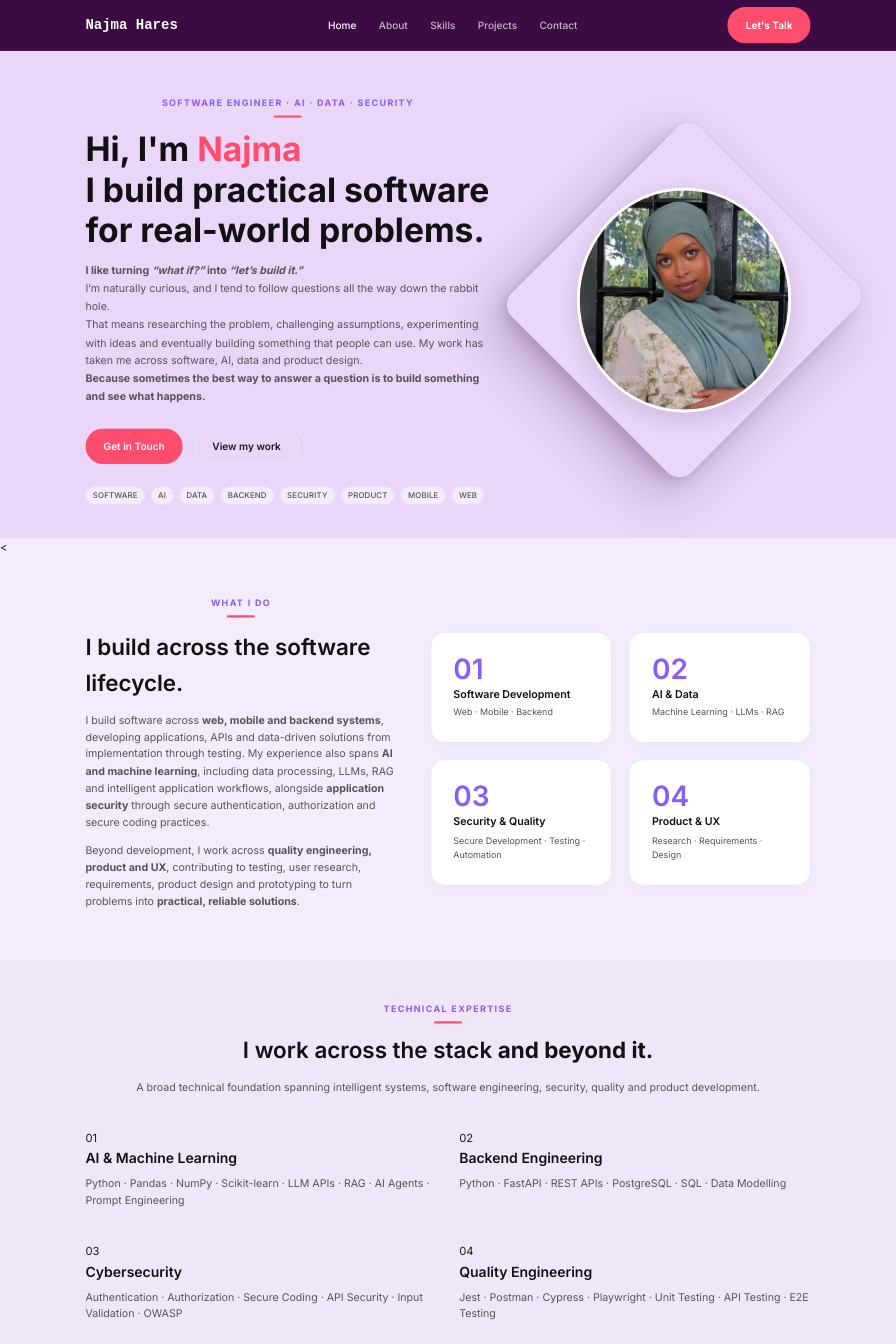
Repository: najmahares/portfolio
Page: index.html
An editor plug-in stored every save of this project. The page is shown before and after the next save, followed by the edit.
The browser window is 1280 px wide. The pictures show the part of the page from y = 0 to 1920 px (the page is 3761 px tall), at 70% of full size.

Above is the page before, as saved 2026-09-19 08:43:54.

### index.html
<!doctype html>
<html lang="en">
  <head>
    <meta charset="UTF-8" />
    <meta name="viewport" content="width=device-width, initial-scale=1.0" />
    <title>Najma Hares | Software Engineer</title>
    <link rel="preconnect" href="https://fonts.googleapis.com" />
    <link rel="preconnect" href="https://fonts.gstatic.com" crossorigin />
    <link
      href="https://fonts.googleapis.com/css2?family=Inter:wght@300;400;500;600;700&display=swap"
      rel="stylesheet"
    />
    <link rel="stylesheet" href="css/style.css" />
  </head>
  <body>
    <!-- Navbar -->
    <nav class="navbar">
      <div class="container nav-container">
        <a href="index.html" class="logo">Najma Hares</a>
        <div class="nav-links">
          <a href="index.html" class="active">Home</a>
          <a href="#about">About</a>
          <a href="#skills">Skills</a>
          <a href="#projects">Projects</a>
          <a href="#contact">Contact</a>
        </div>
        <a href="mailto:haresnajma@gmail.com" class="btn btn-primary magnetic"
          >Let's Talk</a
        >
      </div>
    </nav>

    <!-- Hero Section -->
    <section class="hero">
      <div class="container hero-grid">
        <div class="hero-content">
          <span class="badge reveal"
            >SOFTWARE ENGINEER · AI · DATA · SECURITY</span
          >
          <h1 class="reveal">
            Hi, I'm <span class="text-accent">Najma</span><br />I build
            practical software for real-world problems.
          </h1>
          <p class="hero-desc reveal">
            <strong
              >I like turning <i>“what if?”</i> into <i>“let’s build it.”</i>
            </strong>
            <br />
            I’m naturally curious, and I tend to follow questions all the way
            down the rabbit hole. <br />
            That means researching the problem, challenging assumptions,
            experimenting with ideas and eventually building something that
            people can use. My work has taken me across software, AI, data and
            product design.
            <br />
            <strong
              >Because sometimes the best way to answer a question is to build
              something and see what happens.</strong
            >
          </p>
          <div class="hero-buttons reveal">
            <a href="#contact" class="btn btn-primary magnetic">Get in Touch</a>
            <a href="#projects" class="btn btn-outline magnetic"
              >View my work</a
            >
          </div>
          <div class="tech-stack reveal">
            <span class="badge-sm">Software</span>
            <span class="badge-sm">AI</span>
            <span class="badge-sm">Data</span>
            <span class="badge-sm">Backend</span>
            <span class="badge-sm">Security</span>
            <span class="badge-sm">Product</span>
            <span class="badge-sm">Mobile</span>
            <span class="badge-sm">Web</span>
          </div>
        </div>

        <!-- Hero Image Wrapper -->
        <div class="hero-image-wrapper reveal">
          <div class="avatar-graphic tilt-card" data-rotate="45">
            <img
              src="assets/portfolio_image.jpg"
              alt="Najma Hares"
              class="hero-img"
            />
          </div>
        </div>
      </div>
    </section>

    <!-- About & Stats -->
    <
    <section id="about" class="section">
      <div class="container about-grid">
        <div class="about-text reveal">
          <span class="badge">WHAT I DO</span>
          <h2>I build across the software lifecycle.</h2>

          <p>
            I build software across
            <strong>web, mobile and backend systems</strong>, developing
            applications, APIs and data-driven solutions from implementation
            through testing. My experience also spans
            <strong>AI and machine learning</strong>, including data processing,
            LLMs, RAG and intelligent application workflows, alongside
            <strong>application security</strong> through secure authentication,
            authorization and secure coding practices.
          </p>

          <p>
            Beyond development, I work across
            <strong>quality engineering, product and UX</strong>, contributing
            to testing, user research, requirements, product design and
            prototyping to turn problems into
            <strong>practical, reliable solutions</strong>.
          </p>
        </div>

        <div class="stats-grid">
          <div class="card stat-card reveal tilt-card">
            <h3>01</h3>
            <p>Software Development</p>
            <span class="stat-sub">Web · Mobile · Backend</span>
          </div>

          <div class="card stat-card reveal tilt-card">
            <h3>02</h3>
            <p>AI &amp; Data</p>
            <span class="stat-sub">Machine Learning · LLMs · RAG</span>
          </div>

          <div class="card stat-card reveal tilt-card">
            <h3>03</h3>
            <p>Security &amp; Quality</p>
            <span class="stat-sub"
              >Secure Development · Testing · Automation</span
            >
          </div>

          <div class="card stat-card reveal tilt-card">
            <h3>04</h3>
            <p>Product &amp; UX</p>
            <span class="stat-sub">Research · Requirements · Design</span>
          </div>
        </div>
      </div>
    </section>
    <!-- Skills -->
    <section id="skills" class="section bg-alt">
      <div class="container">
        <div class="section-header reveal">
          <span class="section-tag">TECHNICAL EXPERTISE</span>
          <h2>I work across the stack <strong>and beyond it.</strong></h2>
          <p>
            A broad technical foundation spanning intelligent systems, software
            engineering, security, quality and product development.
          </p>
        </div>

        <div class="skills-grid">
          <div class="skill-item reveal">
            <span class="skill-number">01</span>
            <div class="skill-content">
              <h3>AI &amp; Machine Learning</h3>
              <p>
                Python · Pandas · NumPy · Scikit-learn · LLM APIs · RAG · AI
                Agents · Prompt Engineering
              </p>
            </div>
          </div>

          <div class="skill-item reveal">
            <span class="skill-number">02</span>
            <div class="skill-content">
              <h3>Backend Engineering</h3>
              <p>
                Python · FastAPI · REST APIs · PostgreSQL · SQL · Data Modelling
              </p>
            </div>
          </div>

          <div class="skill-item reveal">
            <span class="skill-number">03</span>
            <div class="skill-content">
              <h3>Cybersecurity</h3>
              <p>
                Authentication · Authorization · Secure Coding · API Security ·
                Input Validation · OWASP
              </p>
            </div>
          </div>

          <div class="skill-item reveal">
            <span class="skill-number">04</span>
            <div class="skill-content">
              <h3>Quality Engineering</h3>
              <p>
                Jest · Postman · Cypress · Playwright · Unit Testing · API
                Testing · E2E Testing
              </p>
            </div>
          </div>

          <div class="skill-item reveal">
            <span class="skill-number">05</span>
            <div class="skill-content">
              <h3>Web Development</h3>
              <p>React · Next.js · TypeScript · HTML · CSS</p>
            </div>
          </div>

          <div class="skill-item reveal">
            <span class="skill-number">06</span>
            <div class="skill-content">
              <h3>Mobile Development</h3>
              <p>Flutter · Dart · State Management · API Integration</p>
            </div>
          </div>

          <div class="skill-item reveal">
            <span class="skill-number">07</span>
            <div class="skill-content">
              <h3>Product &amp; UX</h3>
              <p>
                Figma · UX Research · User Stories · Product Requirements ·
                Prototyping · Jira
              </p>
            </div>
          </div>

          <div class="skill-item reveal">
            <span class="skill-number">08</span>
            <div class="skill-content">
              <h3>IoT &amp; Connected Systems</h3>
              <p>Embedded Systems · Sensors · ESP32 · IoT Connectivity</p>
            </div>
          </div>
        </div>
      </div>
    </section>
    <!-- Recent Work -->
    <section id="projects" class="section">
      <div class="container">
        <div class="section-header reveal">
          <span class="section-tag">FEATURED PROJECT</span>
          <h2>Some of My Recent Work</h2>
          <p>A selection of projects I've built recently.</p>
        </div>
        <div class="projects-grid">
          <a href="project.html" class="card project-card reveal tilt-card">
            <div class="project-img placeholder-1"></div>
            <div class="project-info">
              <span class="section-tag-sm">FEATURED PROJECT</span>
              <h3>Auditerra</h3>
              <p class="project-subtitle">
                Land Restoration Monitoring Platform
              </p>
              <p class="project-desc">
                A two-interface platform connecting field experts with
                smallholder farmers.
              </p>
              <div class="project-tags">
                <span class="badge-sm">React</span>
                <span class="badge-sm">Flutter</span>
                <span class="badge-sm">Gemini</span>
              </div>
            </div>
          </a>
          <a href="project.html" class="card project-card reveal tilt-card">
            <div class="project-img placeholder-2"></div>
            <div class="project-info">
              <span class="badge-sm">SOCIAL IMPACT PROJECT</span>
              <h3>Bloombox Kits</h3>
              <p class="project-subtitle">Portable Beauty-Kit Venture</p>
              <p class="project-desc">
                A portable beauty-kit venture supporting girls' education.
              </p>
              <div class="project-tags">
                <span class="badge-sm">Entrepreneurship</span>
                <span class="badge-sm">Social Impact</span>
              </div>
            </div>
          </a>
          <a href="project.html" class="card project-card reveal tilt-card">
            <div class="project-img placeholder-3"></div>
            <div class="project-info">
              <span class="badge-sm">DATA & MACHINE LEARNING</span>
              <h3>Machine Learning Project</h3>
              <p class="project-subtitle">[Actual Project Name]</p>
              <p class="project-desc">
                A machine-learning project focused on solving real-world data
                problems.
              </p>
              <div class="project-tags">
                <span class="badge-sm">Python</span>
                <span class="badge-sm">ML</span>
              </div>
            </div>
          </a>
        </div>
      </div>
    </section>

    <!-- Footer -->
    <footer id="contact" class="footer">
      <div class="container footer-grid">
        <div class="footer-cta reveal">
          <span class="badge">LET'S WORK TOGETHER</span>
          <h2>Have an idea worth building?</h2>
          <p>
            I'm always interested in learning, building and working on problems
            where technology can create meaningful value.
          </p>
          <a href="mailto:haresnajma@gmail.com" class="btn btn-primary magnetic"
            >Let's Talk</a
          >
        </div>
        <div class="footer-info reveal">
          <div class="card personal-card">
            <span class="badge-sm">CURRENTLY</span>
            <h3>Building & learning</h3>
            <p><strong>Najma Hares</strong><br />Software Engineer</p>
            <div class="personal-focus">
              <span>Software Engineering</span>
              <span>AI & Data</span>
              <span>Product Development</span>
            </div>
          </div>
          <div class="social-links">
            <h4>Follow Me</h4>
            <a href="#">GitHub</a>
            <a href="#">LinkedIn</a>
            <a href="mailto:haresnajma@gmail.com">haresnajma@gmail.com</a>
          </div>
        </div>
      </div>
      <div class="container footer-bottom">
        <p>&copy; 2026 Najma Hares Muhumed. All rights reserved.</p>
        <p>Made with ❤️ by Najma</p>
      </div>
    </footer>

    <script src="js/main.js"></script>
  </body>
</html>

### css/style.css
:root {
  --bg-nav: #3d0b43;
  --bg-hero: #e9d6f9;
  --bg-body: #f4ebfc;
  --bg-card: #ffffff;

  --text-main: #1a1a1a;
  --text-heading: #111111;
  --text-muted: #555555;

  --accent: #ff4d6d;
  --accent-purple: #8b5cf6;
  --border: #e2e8f0;
  --border-radius: 20px;
  --font-main: "Inter", sans-serif;
}

* {
  margin: 0;
  padding: 0;
  box-sizing: border-box;
}

html {
  scroll-behavior: smooth;
}

body {
  font-family: var(--font-main);
  background-color: var(--bg-body);
  color: var(--text-main);
  line-height: 1.6;
  overflow-x: hidden;
}

a {
  text-decoration: none;
  color: inherit;
  transition: color 0.3s;
}
ul {
  list-style: none;
}

.container {
  max-width: 1100px;
  margin: 0 auto;
  padding: 0 2rem;
}
.section {
  padding: 5rem 0;
}
.bg-alt {
  background-color: #f0e6fa;
}
.text-accent {
  color: var(--accent);
}

h1 {
  font-size: clamp(2rem, 4vw, 3rem);
  line-height: 1.2;
  font-weight: 700;
  margin-bottom: 1rem;
  color: var(--text-heading);
}
h2 {
  font-size: 2rem;
  font-weight: 600;
  margin-bottom: 1rem;
  color: var(--text-heading);
}
h3 {
  font-size: 1.25rem;
  font-weight: 600;
  margin-bottom: 0.5rem;
  color: var(--text-heading);
}
p {
  color: var(--text-muted);
  margin-bottom: 1rem;
  font-size: 0.95rem;
}

.btn {
  display: inline-block;
  padding: 0.75rem 1.5rem;
  border-radius: 50px;
  font-weight: 600;
  font-size: 0.9rem;
  cursor: pointer;
  transition: all 0.3s ease;
  border: 2px solid transparent;
}
.btn-primary {
  background-color: var(--accent);
  color: #ffffff;
}
.btn-primary:hover {
  background-color: #e63956;
  transform: translateY(-2px);
  box-shadow: 0 4px 15px rgba(255, 77, 109, 0.4);
}
.btn-outline {
  background-color: transparent;
  border-color: var(--border);
  color: var(--text-main);
}
.btn-outline:hover {
  border-color: var(--accent-purple);
  color: var(--accent-purple);
  transform: translateY(-2px);
}
.badge {
  display: inline-block;
  padding: 0.25rem 0.75rem;
  background-color: rgba(139, 92, 246, 0.1);
  color: var(--accent-purple);
  border-radius: 50px;
  font-size: 0.75rem;
  font-weight: 600;
  margin-bottom: 1rem;
  border: 1px solid rgba(139, 92, 246, 0.2);
  text-transform: uppercase;
  letter-spacing: 0.05em;
}
.badge-sm {
  display: inline-block;
  padding: 0.2rem 0.6rem;
  background-color: var(--bg-body);
  border: 1px solid var(--border);
  border-radius: 50px;
  font-size: 0.7rem;
  font-weight: 500;
  color: var(--text-muted);
  text-transform: uppercase;
  letter-spacing: 0.02em;
}
.link-arrow {
  color: var(--accent);
  font-weight: 600;
  font-size: 0.9rem;
  display: inline-flex;
  align-items: center;
  gap: 0.25rem;
}
.link-arrow:hover {
  gap: 0.5rem;
  color: #e63956;
}

.navbar {
  position: sticky;
  top: 0;
  background-color: var(--bg-nav);
  z-index: 100;
  border-bottom: 1px solid rgba(255, 255, 255, 0.1);
}
.nav-container {
  display: flex;
  justify-content: space-between;
  align-items: center;
  height: 72px;
}
.logo {
  font-size: 1.25rem;
  font-weight: 700;
  color: #ffffff;
  font-family: monospace;
}
.nav-links {
  display: flex;
  gap: 2rem;
}
.nav-links a {
  font-size: 0.9rem;
  font-weight: 500;
  color: rgba(255, 255, 255, 0.7);
}
.nav-links a:hover,
.nav-links a.active {
  color: #ffffff;
}

.hero {
  padding: 5rem 0 4rem;
  background-color: var(--bg-hero);
  position: relative;
  overflow: hidden;
}

.hero-grid {
  display: grid;
  grid-template-columns: 1.6fr 1fr;
  gap: 6rem;
  align-items: center;
}

.hero-desc {
  font-size: 0.95rem;
  max-width: 100%;
  margin-bottom: 2rem;
  line-height: 1.7;
}

.hero-buttons {
  display: flex;
  gap: 1rem;
  margin-bottom: 2rem;
}

.tech-stack {
  display: flex;
  flex-wrap: wrap;
  gap: 0.5rem;
}

.hero-image-wrapper {
  display: flex;
  justify-content: center;
  align-items: center;
  position: relative;
  min-height: 550px;
}

.avatar-graphic {
  width: 100%;
  max-width: 380px;
  height: 380px;
  border-radius: 24px;
  display: flex;
  align-items: center;
  justify-content: center;
  position: relative;
  z-index: 10;
  background-color: var(--bg-hero);
  box-shadow: 0 25px 50px rgba(61, 11, 67, 0.1);
  overflow: hidden;
  transition:
    transform 0.5s ease,
    box-shadow 0.5s ease;
  transform: rotate(45deg);
  border: 1px solid rgba(255, 255, 255, 0.5);
}

.avatar-graphic:hover {
  box-shadow: 0 30px 60px rgba(61, 11, 67, 0.15);
}

.hero-img {
  width: 85%;
  height: 85%;
  object-fit: cover;
  object-position: center top;
  border-radius: 50%;
  border: 4px solid #ffffff;
  box-shadow: 0 10px 30px rgba(61, 11, 67, 0.15);
  display: block;
  transform: rotate(-45deg);
}

.about-grid {
  display: grid;
  grid-template-columns: 1fr 1fr;
  gap: 4rem;
  align-items: center;
}
.stats-grid {
  display: grid;
  grid-template-columns: 1fr 1fr;
  gap: 1.5rem;
}
.card {
  background-color: var(--bg-card);
  border: 1px solid var(--border);
  border-radius: var(--border-radius);
  padding: 1.5rem;
  box-shadow: 0 4px 15px rgba(0, 0, 0, 0.03);
  transition:
    transform 0.3s ease,
    box-shadow 0.3s ease;
}
.card:hover {
  transform: translateY(-3px);
  box-shadow: 0 8px 25px rgba(0, 0, 0, 0.06);
}
.stat-card h3 {
  font-size: 2.5rem;
  color: var(--accent-purple);
  margin-bottom: 0.25rem;
  line-height: 1;
}
.stat-card p {
  font-size: 0.95rem;
  font-weight: 600;
  color: var(--text-heading);
  margin-bottom: 0.25rem;
}
.stat-sub {
  font-size: 0.8rem;
  color: var(--text-muted);
  display: block;
}

.section-header {
  text-align: center;
  margin-bottom: 3rem;
}
.skills-grid {
  display: grid;
  grid-template-columns: 1fr 1fr;
  gap: 2rem;
}
.skill-info {
  display: flex;
  justify-content: space-between;
  margin-bottom: 0.5rem;
  font-size: 0.9rem;
  font-weight: 500;
  color: var(--text-heading);
}
.skill-info span:last-child {
  color: var(--text-muted);
  font-size: 0.8rem;
}
.progress-bar {
  height: 8px;
  background-color: rgba(139, 92, 246, 0.1);
  border-radius: 4px;
  overflow: hidden;
}
.progress {
  height: 100%;
  background: linear-gradient(90deg, var(--accent-purple), var(--accent));
  border-radius: 4px;
}

.projects-grid {
  display: grid;
  grid-template-columns: repeat(auto-fit, minmax(300px, 1fr));
  gap: 2rem;
}
.project-card {
  padding: 0;
  overflow: hidden;
  display: flex;
  flex-direction: column;
  cursor: pointer;
}
.project-img {
  height: 180px;
  border-bottom: 1px solid var(--border);
}
.placeholder-1 {
  background: linear-gradient(45deg, #a18cd1, #fbc2eb);
}
.placeholder-2 {
  background: linear-gradient(45deg, #ff9a9e, #fecfef);
}
.placeholder-3 {
  background: linear-gradient(45deg, #4facfe, #00f2fe);
}
.project-info {
  padding: 1.5rem;
  display: flex;
  flex-direction: column;
  flex-grow: 1;
}
.project-subtitle {
  font-size: 0.8rem;
  font-weight: 600;
  color: var(--accent);
  margin-bottom: 0.5rem;
  text-transform: uppercase;
  letter-spacing: 0.05em;
}
.project-desc {
  font-size: 0.9rem;
  margin-bottom: 1rem;
  flex-grow: 1;
}
.project-tags {
  display: flex;
  flex-wrap: wrap;
  gap: 0.5rem;
  margin: 1rem 0;
}

.footer {
  background-color: var(--bg-nav);
  color: #ffffff;
  padding: 4rem 0 2rem;
}
.footer-grid {
  display: grid;
  grid-template-columns: 1fr 1fr;
  gap: 4rem;
  margin-bottom: 3rem;
}
.footer-cta h2 {
  color: #ffffff;
  font-size: 2rem;
}
.footer-cta p {
  color: rgba(255, 255, 255, 0.7);
  margin-bottom: 1.5rem;
}
.footer-info {
  display: flex;
  flex-direction: column;
  gap: 2rem;
}
.personal-card {
  background: rgba(255, 255, 255, 0.05);
  border: 1px solid rgba(255, 255, 255, 0.1);
}
.personal-card h3 {
  color: #ffffff;
}
.personal-card p {
  color: rgba(255, 255, 255, 0.7);
}
.personal-focus {
  display: flex;
  flex-wrap: wrap;
  gap: 0.5rem;
  margin-top: 1rem;
}
.personal-focus span {
  font-size: 0.75rem;
  background: rgba(139, 92, 246, 0.2);
  color: #d8b4fe;
  padding: 0.2rem 0.6rem;
  border-radius: 4px;
}
.social-links h4 {
  color: #ffffff;
  margin-bottom: 1rem;
}
.social-links a {
  display: block;
  color: rgba(255, 255, 255, 0.7);
  margin-bottom: 0.5rem;
  font-weight: 500;
}
.social-links a:hover {
  color: var(--accent);
}
.footer-bottom {
  display: flex;
  justify-content: space-between;
  padding-top: 2rem;
  border-top: 1px solid rgba(255, 255, 255, 0.1);
  font-size: 0.85rem;
  color: rgba(255, 255, 255, 0.5);
}

.reveal {
  opacity: 0;
  transform: translateY(30px);
  transition: all 0.8s cubic-bezier(0.5, 0, 0, 1);
}
.reveal.active {
  opacity: 1;
  transform: translateY(0);
}

@media (max-width: 992px) {
  .hero-grid,
  .about-grid,
  .footer-grid {
    grid-template-columns: 1fr;
  }
  .hero-image-wrapper {
    order: -1;
    margin-bottom: 3rem;
    min-height: auto;
  }
  .skills-grid {
    grid-template-columns: 1fr;
  }
}
@media (max-width: 768px) {
  .nav-links {
    display: none;
  }
  .hero-buttons {
    flex-direction: column;
  }
  .stats-grid {
    grid-template-columns: 1fr;
  }
  .footer-bottom {
    flex-direction: column;
    gap: 1rem;
    text-align: center;
  }
  .avatar-graphic {
    max-width: 300px;
    height: 300px;
  }
}
.avatar-graphic {
  width: 100%;
  max-width: 380px;
  height: 380px;
  border-radius: 24px;
  display: flex;
  align-items: center;
  justify-content: center;
  position: relative;
  z-index: 10;
  background-color: var(--bg-hero);

  box-shadow:
    0 35px 70px rgba(61, 11, 67, 0.25),
    0 10px 20px rgba(61, 11, 67, 0.15);

  overflow: hidden;
  transition:
    transform 0.5s ease,
    box-shadow 0.5s ease;
  transform: rotate(45deg);
}

.avatar-graphic:hover {
  box-shadow:
    0 45px 90px rgba(61, 11, 67, 0.35),
    0 15px 30px rgba(61, 11, 67, 0.2);
}

.section-tag {
  display: inline-block;
  font-size: 0.8rem;
  font-weight: 700;
  color: var(--accent-purple);
  text-transform: uppercase;
  letter-spacing: 0.15em;
  margin-bottom: 0.75rem;
  position: relative;
}

.section-tag::after {
  content: "";
  display: block;
  width: 40px;
  height: 3px;
  background-color: var(--accent);
  margin: 6px auto 0;
  border-radius: 2px;
}

.section {
  padding: 3.5rem 0;
}

.hero {
  padding: 4rem 0 3rem;
}

.about-grid {
  display: grid;
  grid-template-columns: 0.9fr 1.1fr;
  gap: 3rem;
  align-items: center;
}

.stats-grid {
  display: grid;
  grid-template-columns: 1fr 1fr;
  gap: 1.5rem;
}

.card {
  background-color: var(--bg-card);
  border: 1px solid var(--border);
  border-radius: var(--border-radius);
  padding: 2rem;
  box-shadow: 0 4px 15px rgba(0, 0, 0, 0.03);
  transition:
    transform 0.3s ease,
    box-shadow 0.3s ease;
}

.badge {
  display: block;
  text-align: center;
  background-color: transparent;
  border: none;
  padding: 0;
  font-size: 0.8rem;
  font-weight: 700;
  color: var(--accent-purple);
  text-transform: uppercase;
  letter-spacing: 0.15em;
  margin-bottom: 1rem;
}

.badge::after {
  content: "";
  display: block;
  width: 40px;
  height: 3px;
  background-color: var(--accent);
  margin: 8px auto 0;
  border-radius: 2px;
}

Loaded but not shown: js/main.js (72 lines, source omitted)

After the next save:
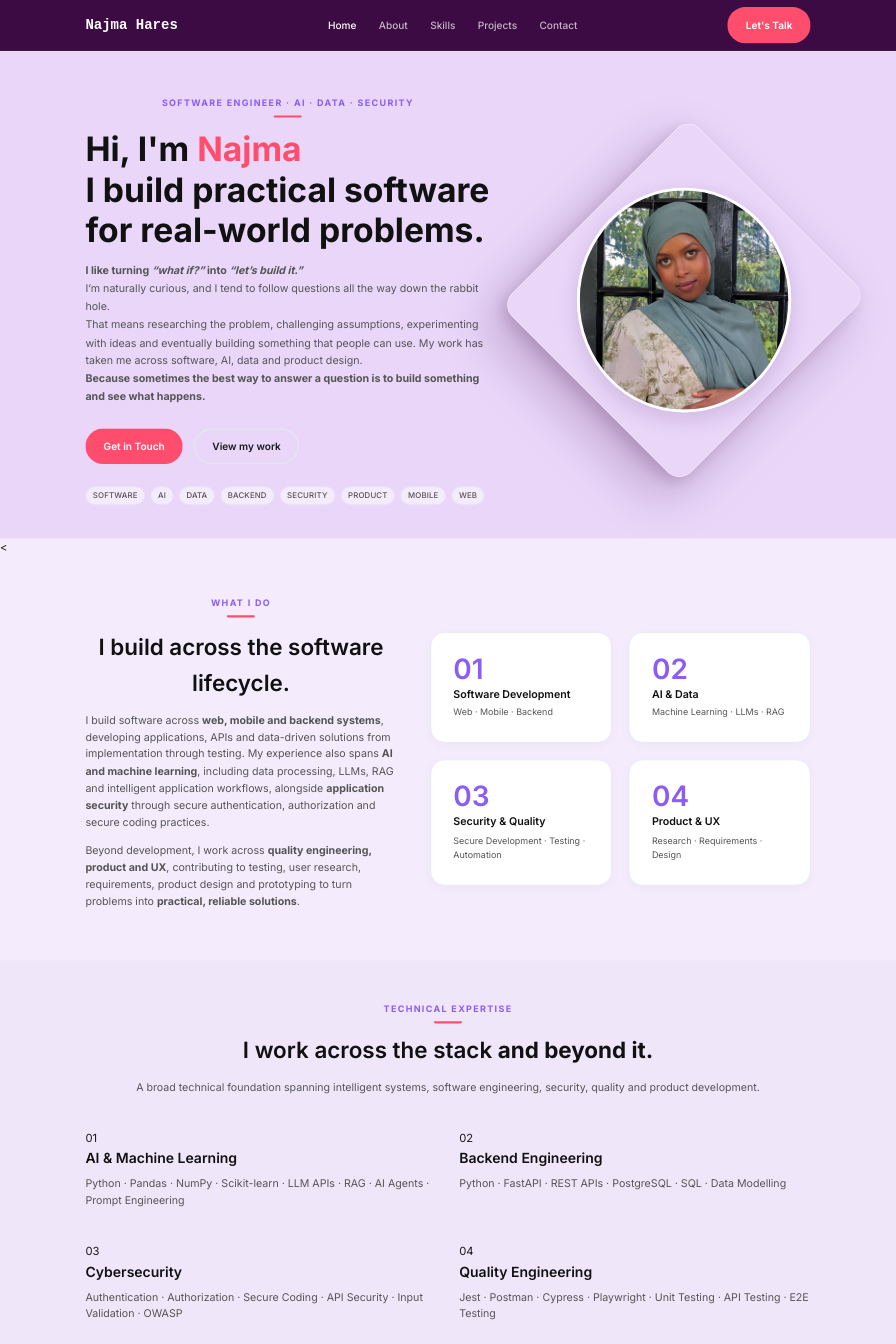
Saved 117 s later.
--- a/css/style.css
+++ b/css/style.css
@@ -605,3 +605,14 @@ p {
   margin: 8px auto 0;
   border-radius: 2px;
 }
+.about-text .badge {
+  display: block;
+  text-align: center;
+  margin: 0 auto 1rem auto;
+}
+.about-text .badge::after {
+  margin: 8px auto 0;
+}
+.about-text h2 {
+  text-align: center;
+}
